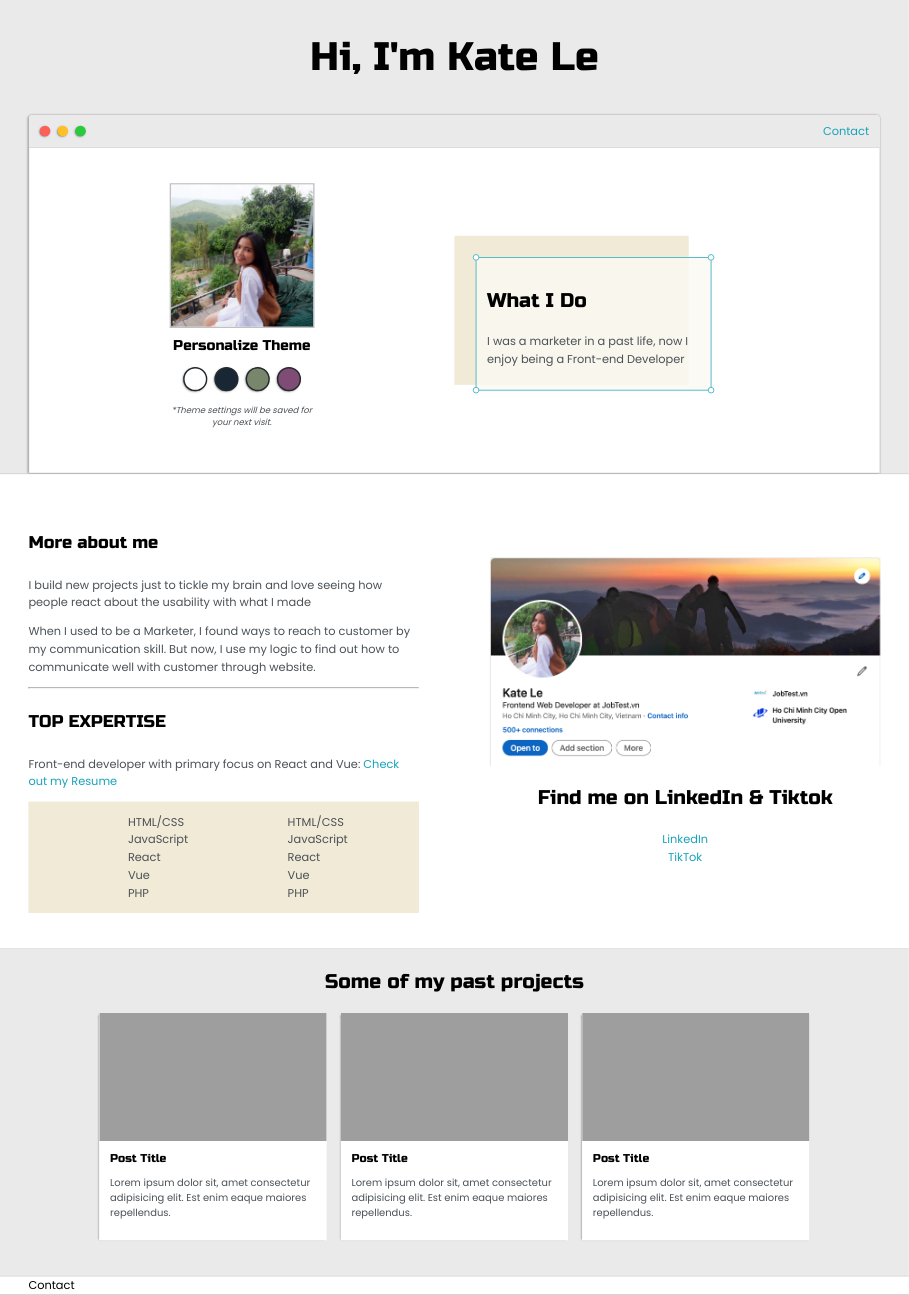
Repository: kate30980/my-persponal-website
Page: index.html
These files come from the project's save history. The page is drawn as it stood at one moment and after the next save; the edit follows.
The browser window is 1280 px wide. The pictures show the whole page, at 71% of full size.
Pictures or frames that could not be fetched are drawn as grey boxes.

Above is the page before, as saved 2021-08-26 22:52:31.

### index.html
<!DOCTYPE html>
<html lang="en">

<head>
    <meta charset="UTF-8">
    <meta http-equiv="X-UA-Compatible" content="IE=edge">
    <meta name="viewport" content="width=device-width, initial-scale=1.0">
    <title>Kate Le</title>
    <link rel="preconnect" href="https://fonts.googleapis.com">
    <link rel="preconnect" href="https://fonts.gstatic.com" crossorigin>
    <link rel="preconnect" href="https://fonts.googleapis.com">
    <link rel="preconnect" href="https://fonts.gstatic.com" crossorigin>
    <link href="https://fonts.googleapis.com/css2?family=Poppins:wght@300;400;600;700&family=Russo+One&display=swap"
        rel="stylesheet">
    <link rel="stylesheet" href="main.css">
</head>

<body>

    <section class="s1">
        <div class="main-container">
            <div class="greeting-wrapper">
                <h1>Hi, I'm Kate Le</h1>
            </div>

            <div class="intro-wrapper">
                <div class="nav-wrapper">
                    <div class="dots-wrapper">
                        <div id="dot-1" class="browser-dot"></div>
                        <div id="dot-2" class="browser-dot"></div>
                        <div id="dot-3" class="browser-dot"></div>
                    </div>
                    <ul id="navigation">
                        <li>
                            <a href="#">Contact</a>
                        </li>
                    </ul>
                </div>
                <div class="left-column">
                    <img id="profile-pic" src="./images/IMG_2624.JPG" alt="img-kate">
                    <h5 style="text-align:center;line-height:0; margin: 25px">Personalize Theme</h5>

                    <div id="theme-options-wrapper">
                        <div id="light-mode" class="theme-dot"></div>
                        <div id="blue-mode" class="theme-dot"></div>
                        <div id="green-mode" class="theme-dot"></div>
                        <div id="purple-mode" class="theme-dot"></div>
                    </div>

                    <p id="settings-note">*Theme settings will be saved for <br> your next visit.</p>
                </div>
                <div class="right-column">

                    <div id="preview-shadow">
                        <div id="preview">
                            <div id="corner-tl" class="corner"></div>
                            <div id="corner-tr" class="corner"></div>
                            <h3>What I Do</h3>
                            <p>I was a marketer in a past life, now I enjoy being a Front-end Developer</p>
                            <div id="corner-br" class="corner"></div>
                            <div id="corner-bl" class="corner"></div>
                        </div>
                    </div>

                </div>
            </div>

        </div>
    </section>

    <section class="s2">
        <div class="main-container">

            <div class="about-wrapper">
                <div class="about-me">
                    <h4>More about me</h4>
                    <p>I build new projects just to tickle my brain and love seeing how people react about the usability
                        with what I made</p>
                    <p>When I used to be a Marketer, I found ways to reach to customer by my communication skill. But
                        now, I use my logic to find out how to communicate well with customer through website.</p>


                    <hr>

                    <h4>TOP EXPERTISE</h4>
                    <p>Front-end developer with primary focus on React and Vue: <a target="_blank"
                            href="CV-HAN-LE-FRONTEND-DEV.pdf">Check
                            out my Resume</a></p>

                    <div id="skills">
                        <ul>
                            <li>HTML/CSS</li>
                            <li>JavaScript</li>
                            <li>React</li>
                            <li>Vue</li>
                            <li>PHP</li>
                        </ul>
                        <ul>
                            <li>HTML/CSS</li>
                            <li>JavaScript</li>
                            <li>React</li>
                            <li>Vue</li>
                            <li>PHP</li>
                        </ul>
                    </div>

                </div>
                <div class="social-links">
                    <img id="social-img" src="./images/linkedIn-2021-08-26 at 22.24.05.png" alt="linkedIn">
                    <h3>Find me on LinkedIn & Tiktok</h3>
                    <a target="_blank" href="https://www.linkedin.com/in/kate-le-38099/">LinkedIn</a>
                    <a target="_blank" href="#">TikTok</a>
                </div>
            </div>

        </div>
    </section>

    <section class="s1">
        <div class="main-container">
            <h3 style="text-align:center">Some of my past projects</h3>
            <div class="post-wrapper">
                <div class="post">
                    <img class="thumbnail"
                        src="https://images.unsplash.com/photo-1555952494-efd681c7e3f9?ixid=MnwxMjA3fDB8MHxzZWFyY2h8ODN8fGFwcGxpY2F0aW9ufGVufDB8fDB8fA%3D%3D&ixlib=rb-1.2.1&auto=format&fit=crop&w=800&q=60"
                        alt="img-post">
                    <div class="post-preview">
                        <h6 class="post-title">Post Title</h6>
                        <p class="post-intro">Lorem ipsum dolor sit, amet consectetur adipisicing elit. Est enim eaque
                            maiores repellendus.</p>
                    </div>
                </div>
                <div class="post">
                    <img class="thumbnail"
                        src="https://images.unsplash.com/photo-1552238979-402eb7a9258c?ixid=MnwxMjA3fDB8MHxwaG90by1wYWdlfHx8fGVufDB8fHx8&ixlib=rb-1.2.1&auto=format&fit=crop&w=990&q=80"
                        alt="img-post">
                    <div class="post-preview">
                        <h6 class="post-title">Post Title</h6>
                        <p class="post-intro">Lorem ipsum dolor sit, amet consectetur adipisicing elit. Est enim eaque
                            maiores repellendus.</p>
                    </div>
                </div>
                <div class="post">
                    <img class="thumbnail"
                        src="https://images.unsplash.com/photo-1551650975-87deedd944c3?ixlib=rb-1.2.1&ixid=MnwxMjA3fDB8MHxzZWFyY2h8Mnx8YXBwbGljYXRpb258ZW58MHx8MHx8&auto=format&fit=crop&w=800&q=60"
                        alt="img-post">
                    <div class="post-preview">
                        <h6 class="post-title">Post Title</h6>
                        <p class="post-intro">Lorem ipsum dolor sit, amet consectetur adipisicing elit. Est enim eaque
                            maiores repellendus.</p>
                    </div>
                </div>
            </div>
        </div>
    </section>

    <section class="s2">
        <div class="main-container">
            Contact
        </div>
    </section>

</body>

</html>

### main.css
:root {
  --mainText: black;
  --secondaryText: #4b5156;

  --mainColor: #eaeaea;
  --secondaryColor: #fff;

  --borderColor: #c1c1c1;
  --themeDotBorder: #24292e;

  --previewBg: rgba(251, 249, 243, 0.8);
  --previewShadow: #f0ead6;
}

html,
body {
  padding: 0;
  margin: 0;
  font-family: "Poppins", sans-serif;
}
h1,
h2,
h3,
h4,
h5,
h6,
strong {
  color: var(--mainText);
  font-family: "Russo One", sans-serif;
  font-weight: 500;
}

p,
li,
span,
label,
input,
textarea,
select {
  color: var(--secondaryText);
  font-family: "Poppins", sans-serif;
}
ul {
  list-style: none;
}

a {
  text-decoration: none;
  color: #17a2b8;
}

h1 {
  font-size: 56px;
}
h2 {
  font-size: 36px;
}
h3 {
  font-size: 28px;
}
h4 {
  font-size: 24px;
}
h5 {
  font-size: 20px;
}
h6 {
  font-size: 16px;
}

.s1 {
  background-color: var(--mainColor);
  border-bottom: 1px solid var(--borderColor);
  overflow: auto;
}
.s2 {
  background-color: var(--secondaryColor);
  border-bottom: 1px solid var(--borderColor);
  overflow: auto;
}
.main-container {
  width: 1200px;
  margin: 0 auto;
}
.greeting-wrapper {
  display: grid;
  text-align: center;
  align-content: center;
  min-height: 10em;
}

.intro-wrapper {
  background-color: var(--secondaryColor);
  border: 1px solid var(--borderColor);
  border-radius: 5px 5px 0 0;

  -webkit-box-shadow: -1px 1px 3px -1px rgba(0, 0, 0, 0.75);
  -moz-box-shadow: -1px 1px 3px -1px rgba(0, 0, 0, 0.75);
  box-shadow: -1px 1px 3px -1px rgba(0, 0, 0, 0.75);

  display: grid;
  grid-template-columns: 1fr 1fr;
  grid-template-areas:
    "nav-wrapper nav-wrapper"
    "left-column right-column";
}

#navigation {
  margin: 0;
  padding: 10px;
}
#navigation li {
  display: inline-block;
  margin-right: 5px;
  margin-left: 5px;
}

.dots-wrapper {
  display: flex;
  padding: 10px;
}

#dot-1 {
  background-color: #fc6058;
}
#dot-2 {
  background-color: #fec027;
}
#dot-3 {
  background-color: #2aca3e;
}

.browser-dot {
  background-color: black;
  height: 15px;
  width: 15px;
  border-radius: 50%;
  margin: 5px;

  -webkit-box-shadow: -1px 1px 3px -1px rgba(0, 0, 0, 0.75);
  -moz-box-shadow: -1px 1px 3px -1px rgba(0, 0, 0, 0.75);
  box-shadow: -1px 1px 3px -1px rgba(0, 0, 0, 0.75);
}

.nav-wrapper {
  grid-area: nav-wrapper;
  border-bottom: 1px solid var(--borderColor);
  display: flex;
  justify-content: space-between;
  align-items: center;
  background-color: var(--mainColor);
  border-radius: 5px 5px 0 0;
}
.left-column {
  grid-area: left-column;
  padding-top: 50px;
  padding-bottom: 50px;
}
#profile-pic {
  display: block;
  margin: auto;
  height: 200px;
  width: 200px;
  object-fit: cover;
  border: 2px solid var(--borderColor);
}

#theme-options-wrapper {
  display: flex;
  justify-content: center;
}

.theme-dot {
  height: 30px;
  width: 30px;
  border-radius: 50%;
  background-color: black;

  margin: 5px;
  border: 2px solid var(--themeDotBorder);

  -webkit-box-shadow: -1px 1px 3px -1px rgba(0, 0, 0, 0.75);
  -moz-box-shadow: -1px 1px 3px -1px rgba(0, 0, 0, 0.75);
  box-shadow: -1px 1px 3px -1px rgba(0, 0, 0, 0.75);
  cursor: pointer;
}

.theme-dot:hover {
  border-width: 5px;
}
#light-mode {
  background-color: #fff;
}
#blue-mode {
  background-color: #192734;
}
#green-mode {
  background-color: #78866b;
}
#purple-mode {
  background-color: #7e4c74;
}
#settings-note {
  font-size: 12px;
  font-style: italic;
  text-align: center;
}

.right-column {
  grid-area: right-column;
  display: grid;
  align-content: center;

  padding-top: 50px;
  padding-bottom: 50px;
}

#preview-shadow {
  background-color: var(--previewShadow);
  width: 300px;
  height: 180px;
  padding-left: 30px;
  padding-top: 30px;
}

#preview {
  width: 300px;
  border: 1.5px solid #17a2b8;
  background-color: var(--previewBg);
  padding: 15px;
  position: relative;
}
.corner {
  width: 7px;
  border: 1.5px solid #17a2b8;
  height: 7px;
  border-radius: 50%;
  background-color: #fff;
  position: absolute;
}
#corner-tl {
  top: -5px;
  left: -5px;
}
#corner-tr {
  top: -5px;
  right: -5px;
}
#corner-br {
  bottom: -5px;
  right: -5px;
}
#corner-bl {
  bottom: -5px;
  left: -5px;
}

.about-wrapper {
  display: grid;
  padding-bottom: 50px;
  padding-top: 50px;
  grid-template-columns: repeat(auto-fit, minmax(320px, 1fr));
  /*Repeat this action right here which tells us auto fit as many colums as we can into this row, however many colums will fil in there  and add them in there and repeat it this way with min max say that the column should never be smaller than 320px, so once we get to the point where it starts crushing it, go ahead and start naturally stacking those item*/
  gap: 100px;
}

#skills {
  display: flex;
  justify-content: space-evenly;
  background-color: var(--previewShadow);
}
.social-links {
  display: grid;
  align-content: center;
  text-align: center;
}
#social-img {
  width: 100%;
}
.post-wrapper {
  display: grid;
  grid-template-columns: repeat(auto-fit, 320px);
  gap: 20px;
  justify-content: center;
  padding-bottom: 50px;
}
.post {
  border: 1ox solid (var(--borderColor));
  -webkit-box-shadow: -1px 1px 3px -1px rgba(0, 0, 0, 0.75);
  -moz-box-shadow: -1px 1px 3px -1px rgba(0, 0, 0, 0.75);
  box-shadow: -1px 1px 3px -1px rgba(0, 0, 0, 0.75);
}
.thumbnail {
  width: 100%;
  height: 180px;
  display: block;
  object-fit: cover;
}
.post-preview {
  background-color: #fff;
  padding: 15px;
}
.post-title {
  color: black;
  margin: 0;
}
.post-intro {
  color: #4b5156;
  font-size: 14px;
}
@media screen and (max-width: 1200px) {
  .main-container {
    width: 95%;
  }
}
@media screen and (max-width: 800px) {
  .intro-wrapper {
    grid-template-columns: 1fr;
    grid-template-areas:
      "nav-wrapper"
      "left-column"
      "right-column";
  }
  .right-column {
    justify-content: center;
  }
}

After the next save:
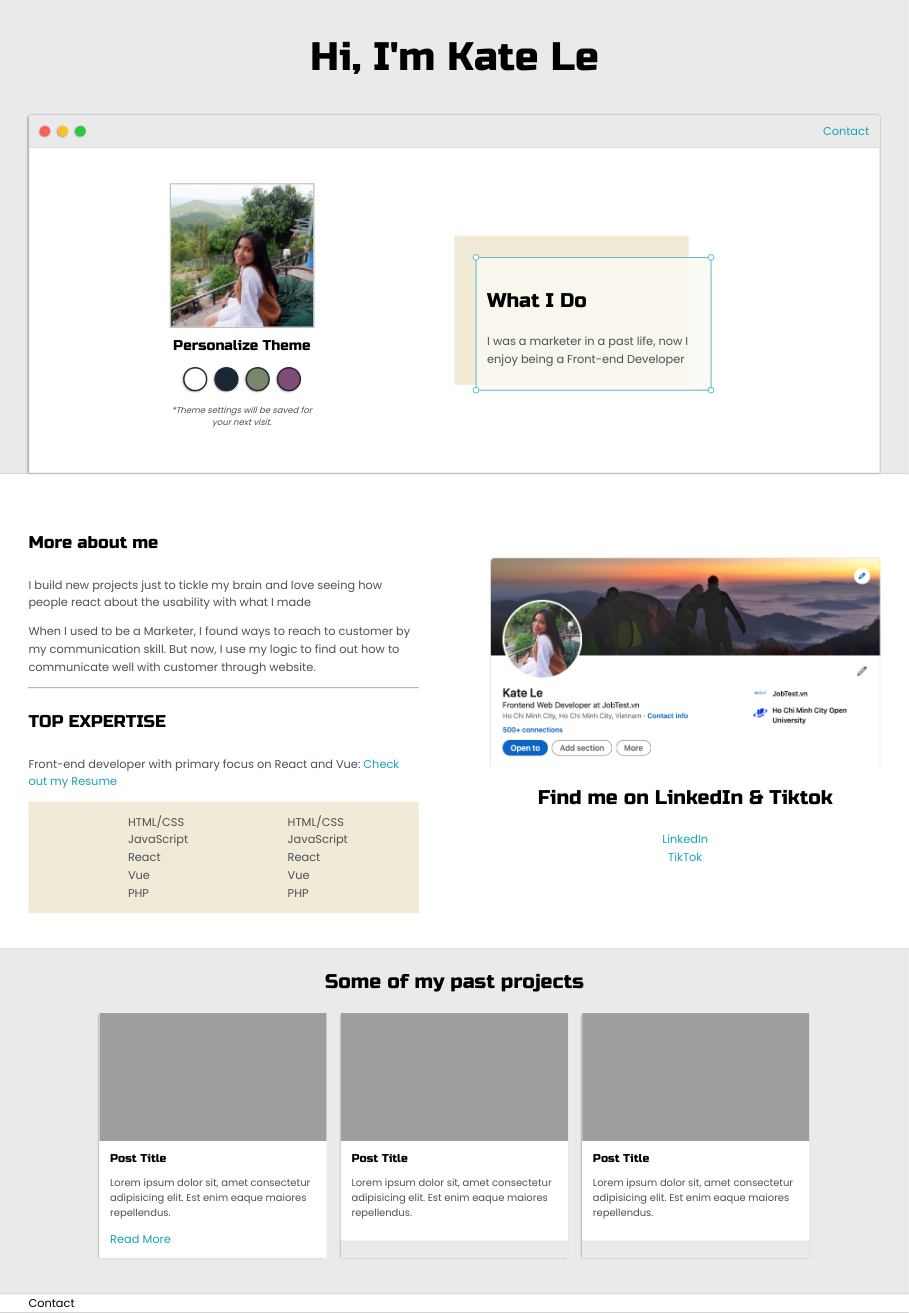
Saved 26 s later.
--- a/index.html
+++ b/index.html
@@ -128,6 +128,7 @@
                         <h6 class="post-title">Post Title</h6>
                         <p class="post-intro">Lorem ipsum dolor sit, amet consectetur adipisicing elit. Est enim eaque
                             maiores repellendus.</p>
+                        <a href="#">Read More</a>
                     </div>
                 </div>
                 <div class="post">
